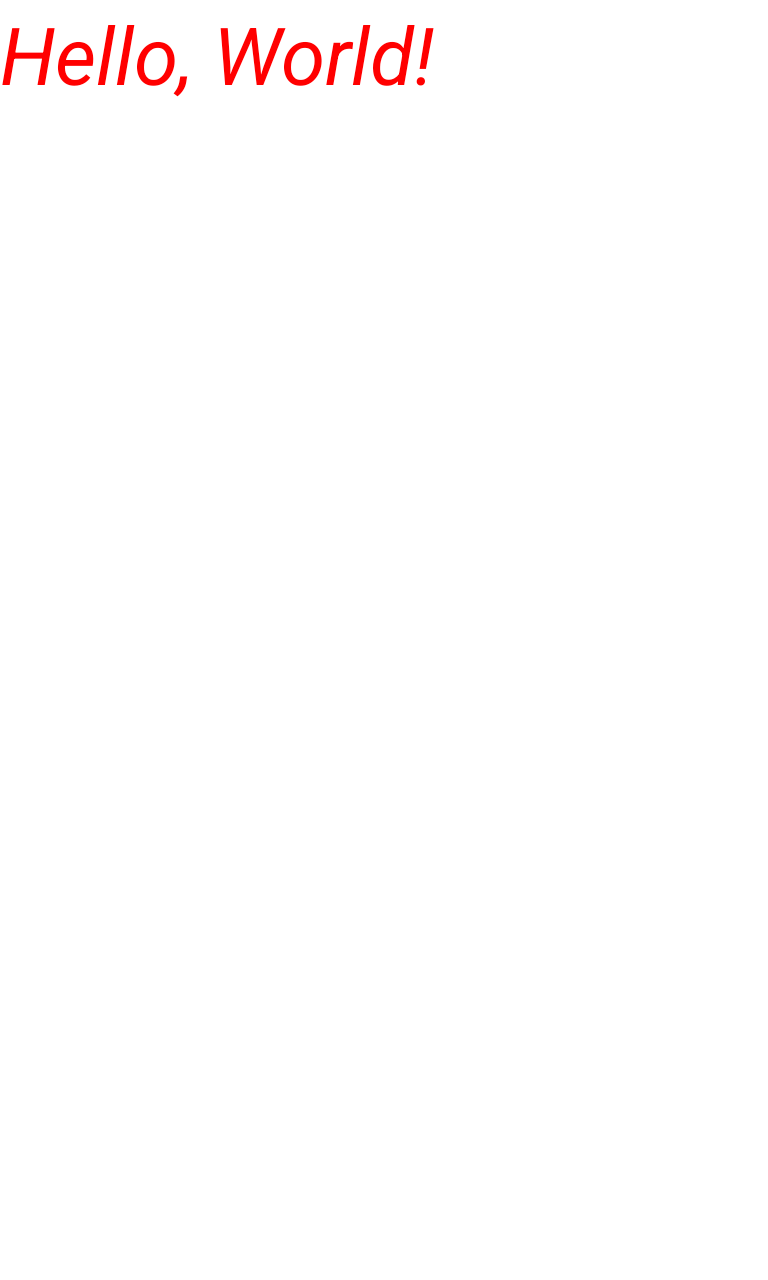
Repository: yjaeseok/gnssm_android_codelab
Layout: source/Day2-View/res/layout/day2view.xml
The author's editor kept a copy of each file at every save. The layout is drawn from the files as they stood at one save, then again after the next save.
It is drawn on a 768 x 1280 px phone screen (xhdpi) without system bars, with theme AppTheme; the app's code is not run.

Above is the layout before, as saved 2014-04-02 10:59:29.

After the next save:
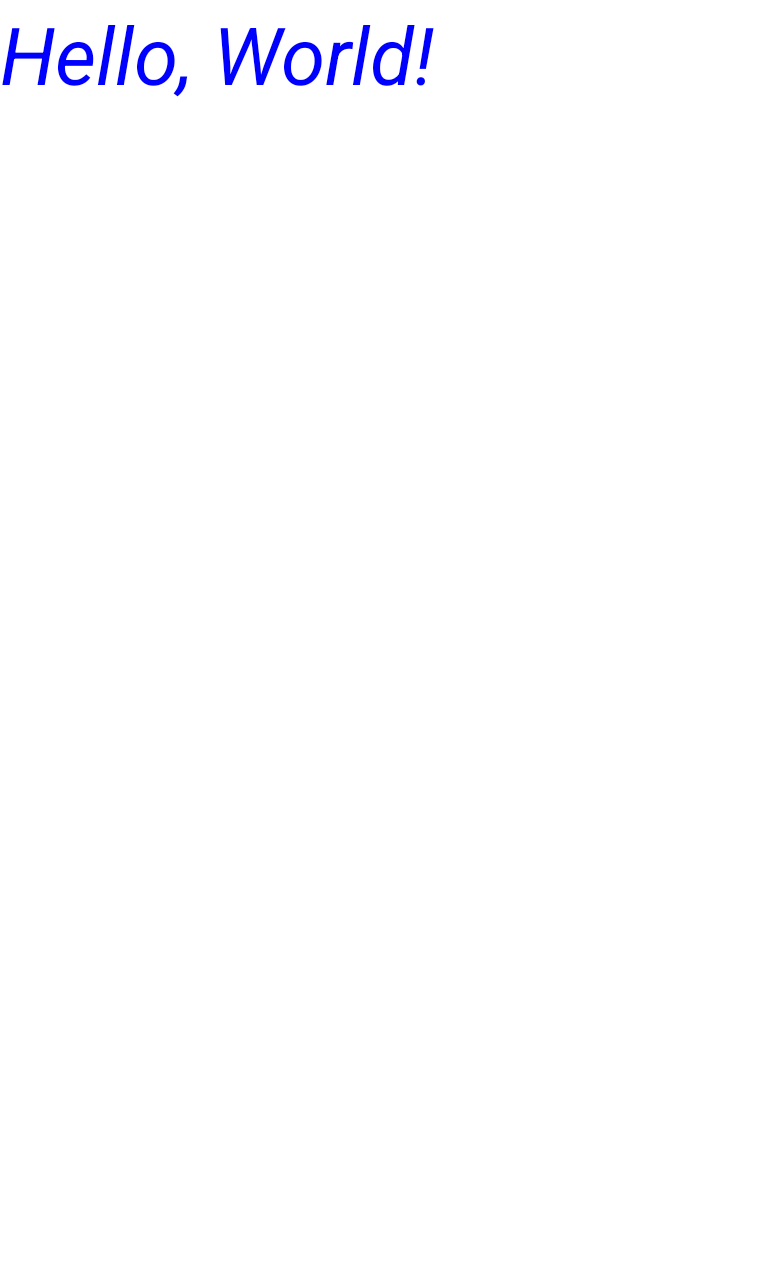
Saved 11 s later.
--- a/source/Day2-View/res/layout/day2view.xml
+++ b/source/Day2-View/res/layout/day2view.xml
@@ -10,6 +10,6 @@
         android:text="Hello, World!"
         android:textSize="40dp"
         android:textStyle="italic"
-        android:textColor="#FF0000"
+        android:textColor="#0000FF"
         />
 </LinearLayout>
